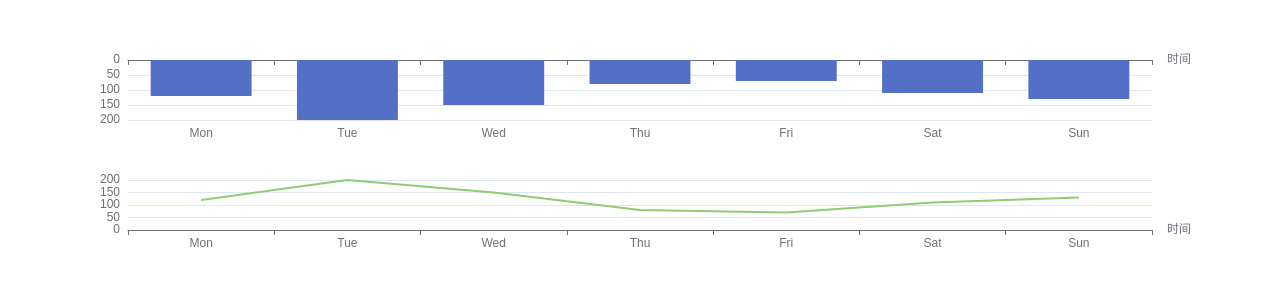
Repository: LeP-Ton/curve
Page: /
The author's editor kept a copy of each file at every save. The page is drawn from the files as they stood at one save, then again after the next save.
The browser window is 1280 px wide. The pictures show the whole page.
The project was rebuilt for these pictures with package versions that can differ from the ones it lists, and the page was loaded fresh each time.

Above is the page before, as saved 2022-08-18 17:14:13.

### src/index.js
import React from "react";
import ReactDOM from "react-dom/client";
import "./index.css";
import Echart from "./Echart";
import reportWebVitals from "./reportWebVitals";

const root = ReactDOM.createRoot(document.getElementById("root"));
const option = {
  tooltip: {
    trigger: "axis",
    // formatter:function(params){
    //   console.log("---",params[0]);
    //   return(`${params[0].axisId}:${params[0].axisValue} ${params[0].seriesName}:${params[0].value}`)
    // }
  },
  xAxis: [
    {
      name: "时间",
      type: "category",
      data: ["Mon", "Tue", "Wed", "Thu", "Fri", "Sat", "Sun"],
    },
    {
      name: "时间",
      type: "category",
      data: ["Mon", "Tue", "Wed", "Thu", "Fri", "Sat", "Sun"],
      gridIndex: 1
    },
  ],
  yAxis: [
    {
      type: "value",
      inverse: true,
    },
    {
      gridIndex: 1
    },

  ],
  grid: [
    {
      bottom: '60%'
    },
    {
      top: '60%'
    }
  ],
  series: [
    {
      name: "温度",
      data: [120, 200, 150, 80, 70, 110, 130],
      type: "bar",
    },
    {
      type: "line",
      showSymbol: false,
      data: [120, 200, 150, 80, 70, 110, 130],
      xAxisIndex: 1,
      yAxisIndex: 1,
    },
  ],
};
root.render(
  <React.StrictMode>
    <Echart options={option} style={{ height: "300px" }} />
  </React.StrictMode>
);

// If you want to start measuring performance in your app, pass a function
// to log results (for example: reportWebVitals(console.log))
// or send to an analytics endpoint. Learn more: https://bit.ly/CRA-vitals
reportWebVitals();

### src/Echart.js
import React, {
  useEffect,
  useRef,
  useState
} from 'react';
import * as echarts from 'echarts';

const Echart = props => {
  const { options, style } = props;
  const chartRef = useRef();
  const [myChart, setMyChart] = useState(null);

  const resizeEcharts = () => {
    myChart.resize();
  };

  useEffect(() => {
    setMyChart(echarts.init(chartRef.current));
  }, []);

  useEffect(() => {
    if (myChart) {
      window.addEventListener('resize', resizeEcharts);
      return () => {
        window.removeEventListener('resize', resizeEcharts);
        myChart.dispose();
        setMyChart(null);
      };
    }
  }, [myChart]);

  useEffect(() => {
    myChart && myChart.setOption(options);
  }, [myChart, options]);

  return <div ref={chartRef} className="default-charts" style={style} />;
};

export default Echart;

Loaded but not shown: public/index.html (common file); src/index.css (common file); src/reportWebVitals.js (common file)

After the next save:
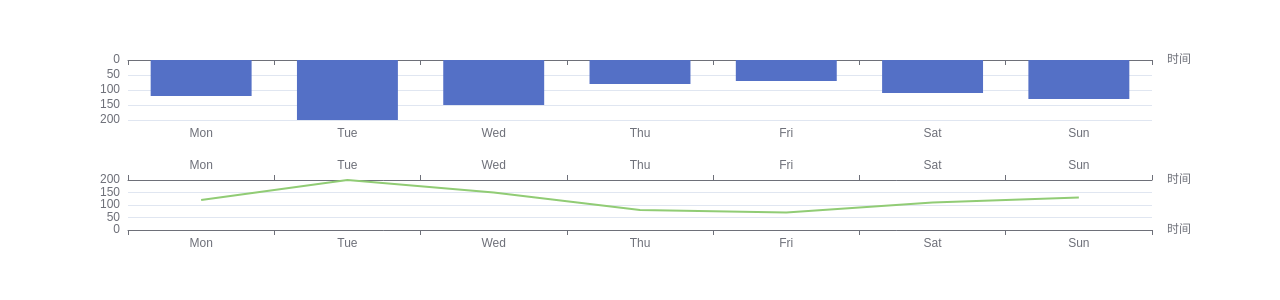
Saved 2 h 53 min later.
--- a/src/index.js
+++ b/src/index.js
@@ -18,6 +18,12 @@ const option = {
       name: "时间",
       type: "category",
       data: ["Mon", "Tue", "Wed", "Thu", "Fri", "Sat", "Sun"],
+    },
+    {
+      name: "时间",
+      type: "category",
+      data: ["Mon", "Tue", "Wed", "Thu", "Fri", "Sat", "Sun"],
+      gridIndex: 1
     },
     {
       name: "时间",

After the save that followed:
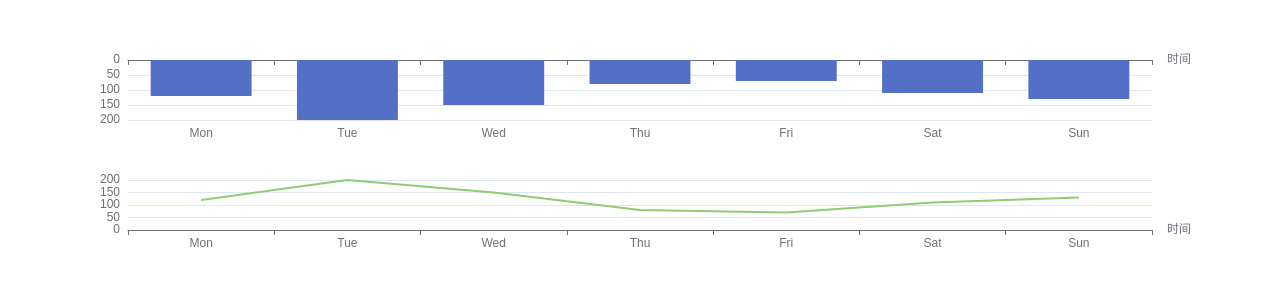
Saved 2 min 9 s later.
--- a/src/index.js
+++ b/src/index.js
@@ -18,12 +18,6 @@ const option = {
       name: "时间",
       type: "category",
       data: ["Mon", "Tue", "Wed", "Thu", "Fri", "Sat", "Sun"],
-    },
-    {
-      name: "时间",
-      type: "category",
-      data: ["Mon", "Tue", "Wed", "Thu", "Fri", "Sat", "Sun"],
-      gridIndex: 1
     },
     {
       name: "时间",
